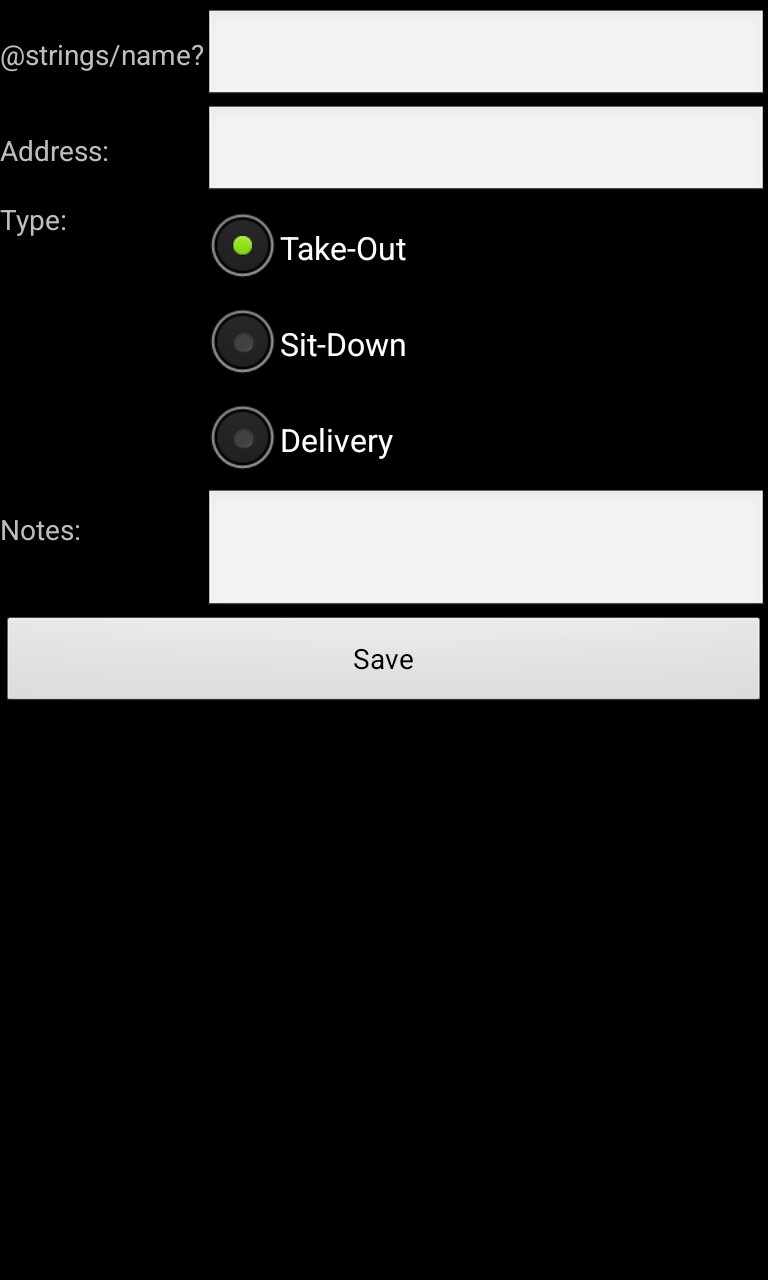
Repository: twacker/csci498android
Layout: LunchList/res/layout/detail_form.xml
These files come from the project's save history. The layout is drawn as it stood at one moment and after the next save; the edit follows.
It is drawn on a 768 x 1280 px phone screen (xhdpi) without system bars, with theme android:Theme; the app's code is not run.

Above is the layout before, as saved 2012-10-01 22:05:46.

After the next save:
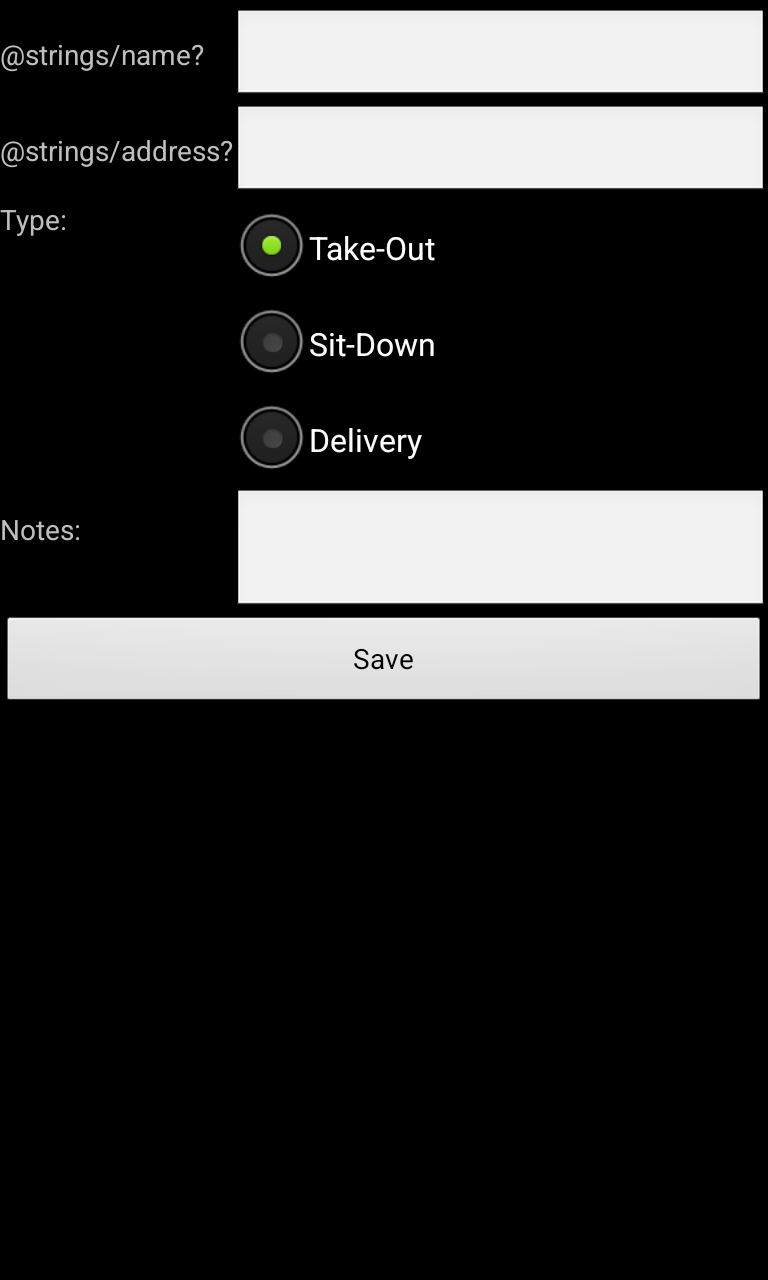
Saved 14 s later.
--- a/LunchList/res/layout/detail_form.xml
+++ b/LunchList/res/layout/detail_form.xml
@@ -20,7 +20,7 @@
 
         <TableRow>
 
-            <TextView android:text="Address:" />
+            <TextView android:text="@strings/address?" />
 
             <EditText android:id="@+id/addr" />
         </TableRow>
